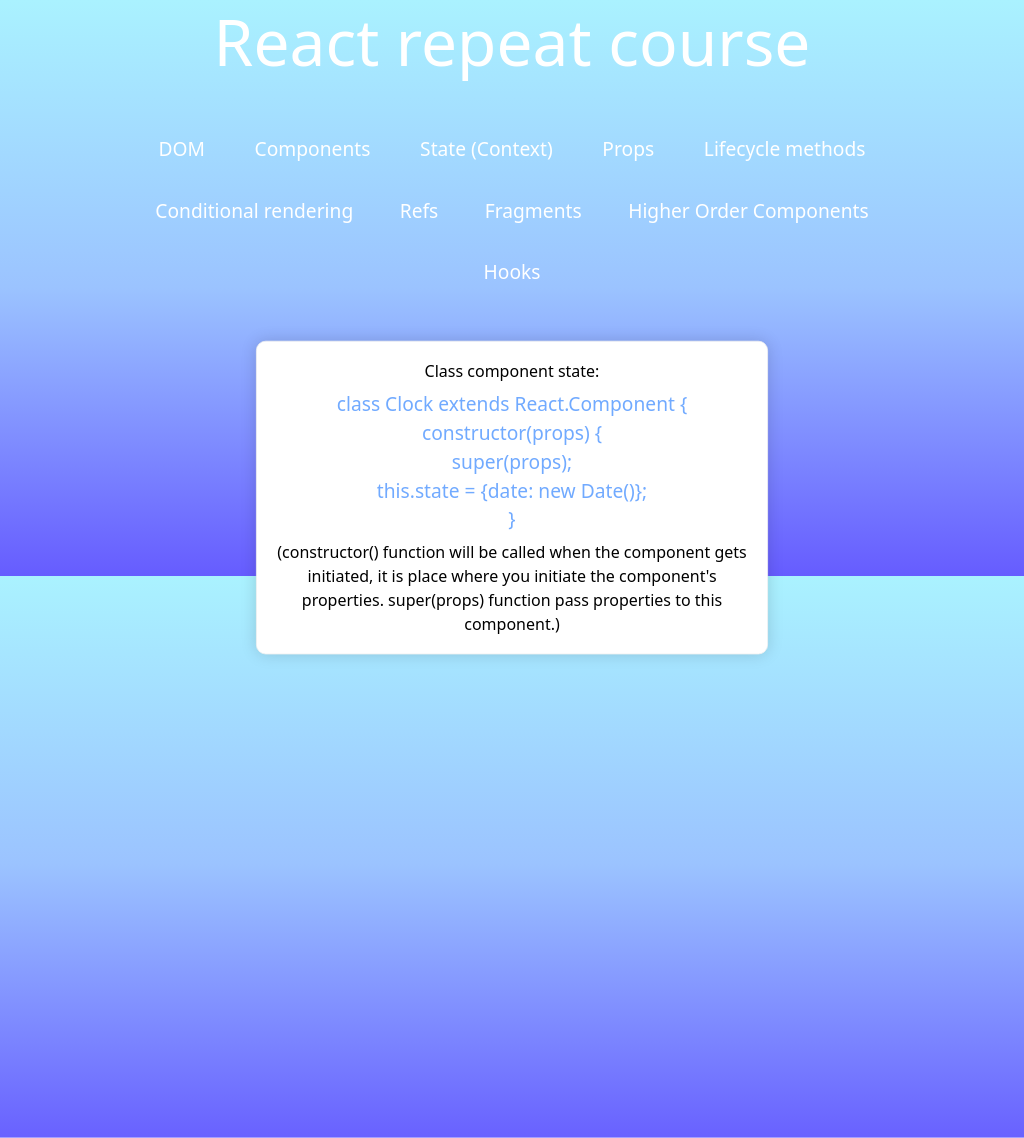
Repository: michalgornicki/github
Page: /#/State
The author's editor kept a copy of each file at every save. The page is drawn from the files as they stood at one save, then again after the next save.
The browser window is 1280 px wide. The pictures show the whole page, at 80% of full size.
Backgrounds fixed to the window are drawn as part of the page. The project was rebuilt for these pictures with package versions that can differ from the ones it lists, and the page was loaded fresh each time. Also part of the build but not shown: src/components/dom.jsx, src/components/components.jsx, src/components/props.jsx, src/components/lifecycle.jsx, src/components/conditional.jsx, src/components/refs.jsx, src/components/fragments.jsx, src/components/hoc.jsx and 1 more.

Above is the page before, as saved 2022-02-07 12:47:06.

After the next save:
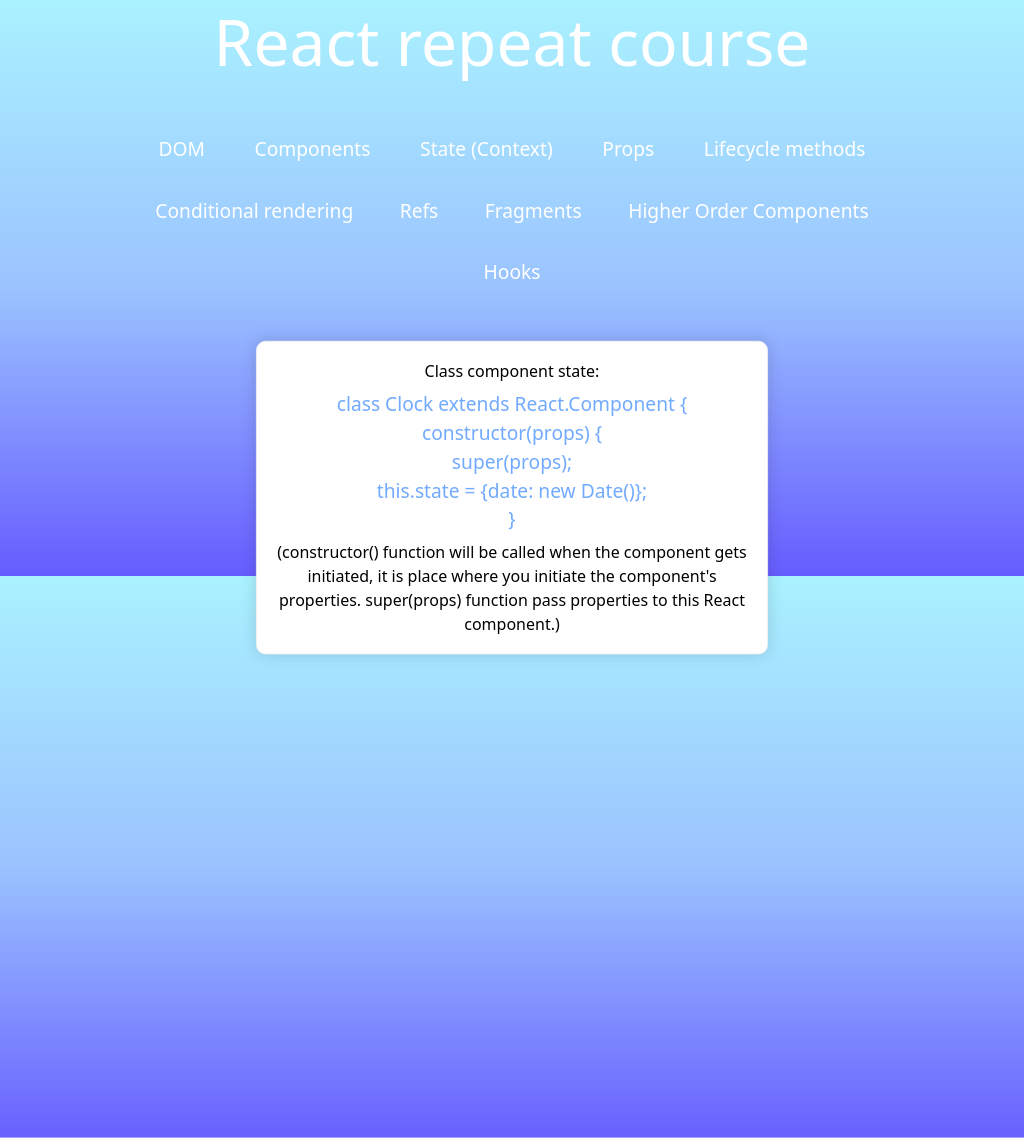
Saved 4 s later.
--- a/src/components/state.jsx
+++ b/src/components/state.jsx
@@ -11,7 +11,7 @@
           {`this.state = {date: new Date()};`}{" "} <br />
           {`}`}{" "}
         </div>{" "}
-        (constructor() function will be called when the component gets initiated, it is place where you initiate the component's properties. super(props) function pass properties to this component.)
+        (constructor() function will be called when the component gets initiated, it is place where you initiate the component's properties. super(props) function pass properties to this React component.)
       </div>
     </div>
   );
